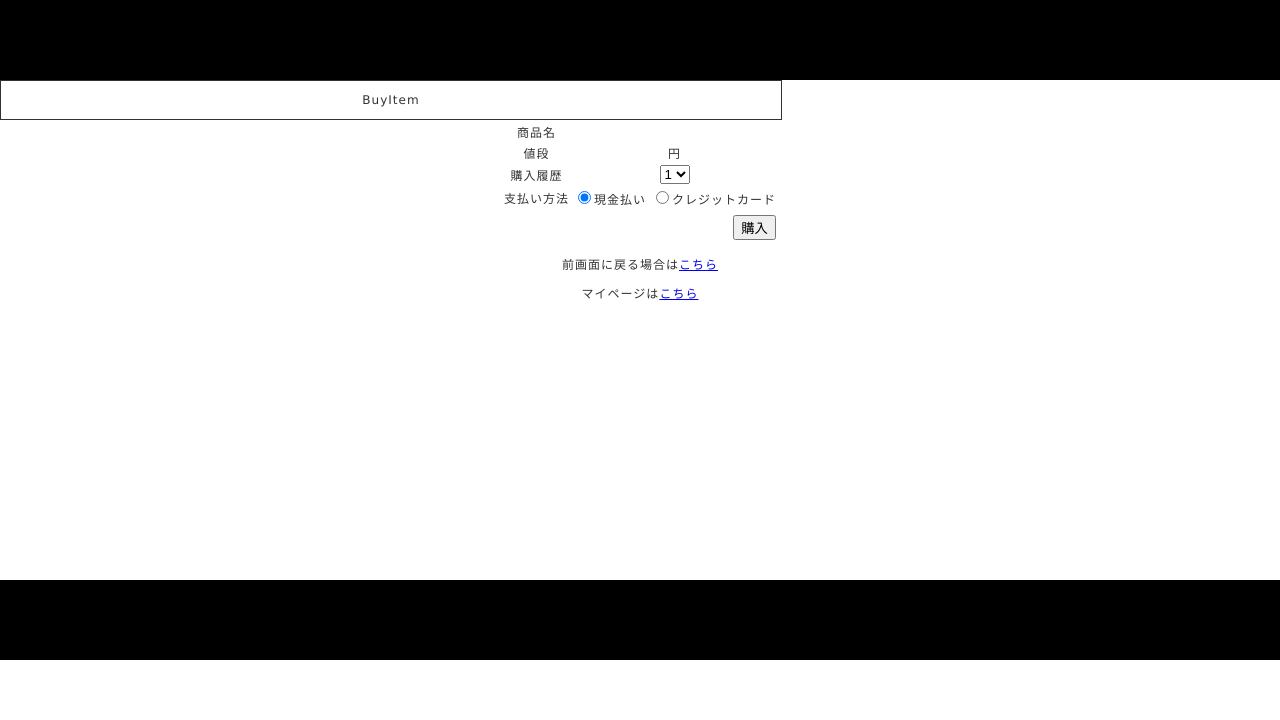
Repository: 8luemitsuho/test
Page: http://localhost/ecsite/buyItem.jsp
The author's editor kept a copy of each file at every save. The page is drawn from the files as they stood at one save, then again after the next save.
The browser window is 1280 px wide. The pictures show the whole page.
The page is served by Tomcat 9.

Above is the page before, as saved 2019-08-28 07:31:29.

After the next save:
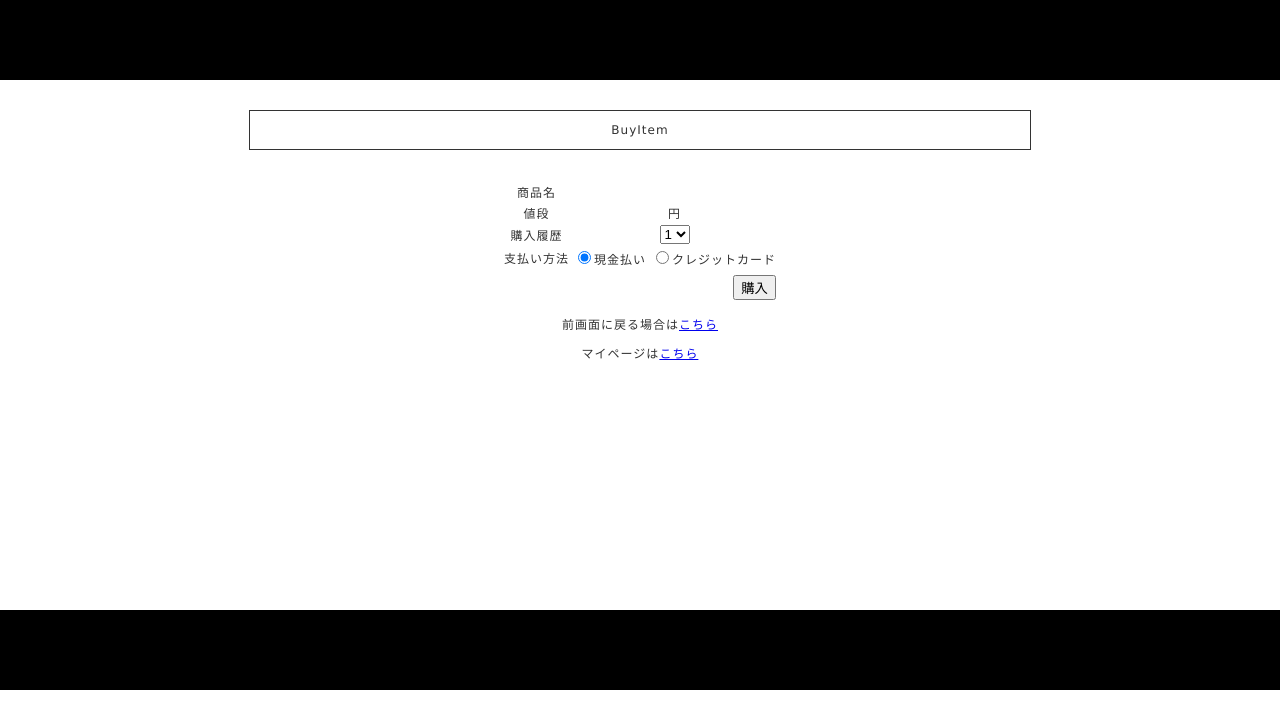
Saved 2 min 9 s later.
--- a/ecsite/WebContent/buyItem.jsp
+++ b/ecsite/WebContent/buyItem.jsp
@@ -31,7 +31,7 @@
 	/*=========ID LAYOUT========*/
 	#top {
 		width: 780px;
-		margin: 30px solid #333;
+		margin: 30px auto;
 		border: 1px solid #333;
 	}
 	#header {
